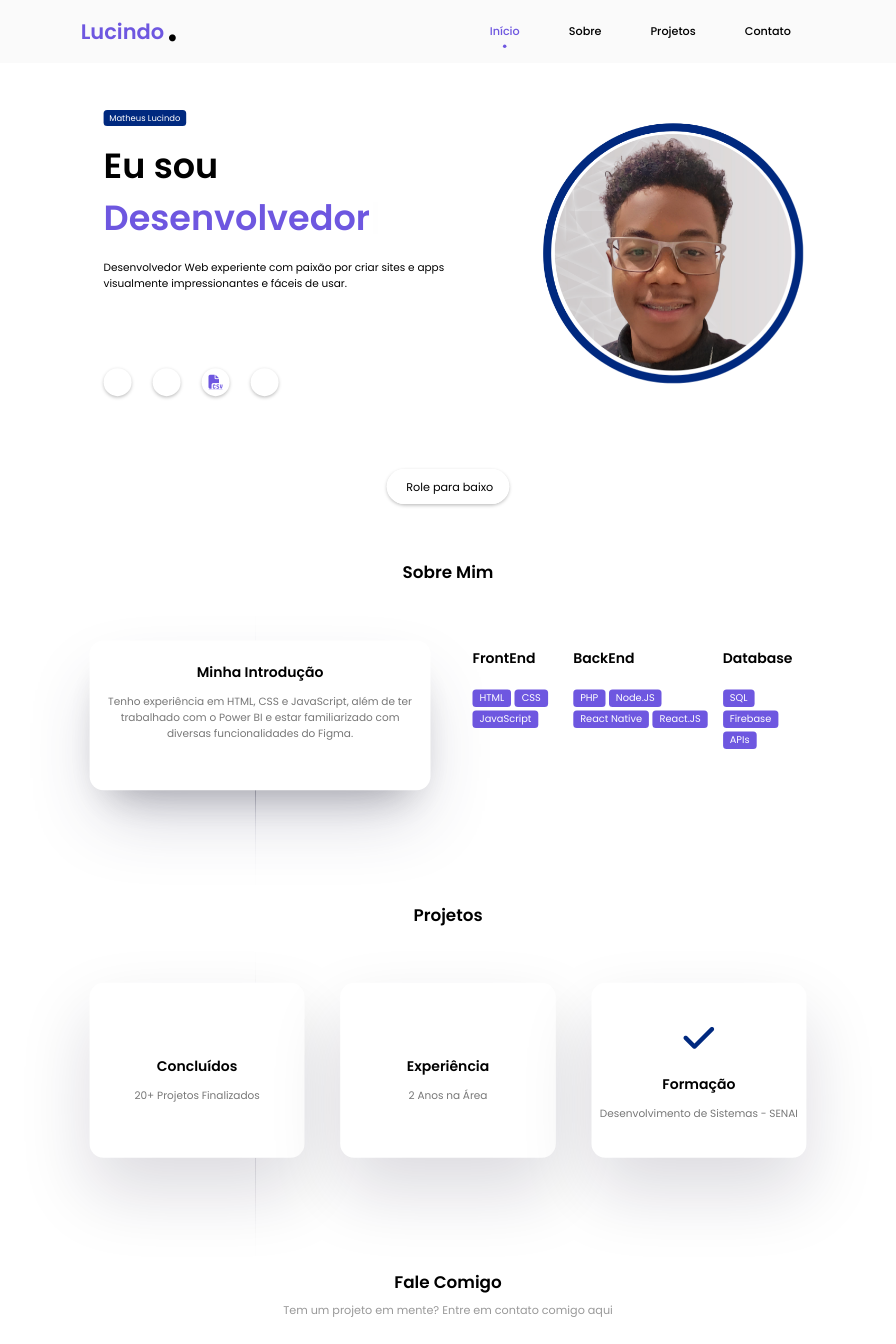
Repository: Matheus904-12/Potif-lioPremium
Page: index.html
An editor plug-in stored every save of this project. The page is shown before and after the next save, followed by the edit.
The browser window is 1280 px wide. The pictures show the part of the page from y = 0 to 1920 px (the page is 2734 px tall), at 70% of full size.
Some icons come from a web library that is not loaded, so they are not drawn. Some web libraries are served in a nearby version.

Above is the page before, as saved 2025-02-02 13:53:10.

### index.html
<!DOCTYPE html>
<html lang="pt-br">

<head>
    <meta charset="UTF-8">
    <meta name="viewport" content="width=device-width, initial-scale=1.0">

    <!-- UNICONS -->
    <link rel="stylesheet" href="https://unicons.iconscout.com/release/v4.0.8/css/line.css">
    <!-- CSS -->
    <link rel="stylesheet" href="/CSS/style.css">
    <!-- Add favicon -->
    <link rel="shortcut icon" href="IMAGE/eu4.png" type="image/x-icon">
    <link rel='stylesheet' href='https://cdn-uicons.flaticon.com/2.6.0/uicons-bold-rounded/css/uicons-bold-rounded.css'>
    <script src="https://kit.fontawesome.com/fd29053194.js" crossorigin="anonymous"></script>

    <title>Portfolio | Matheus Lucindo</title>
</head>

<body>
    <div class="container">
        <!-- --------------- CABEÇALHO --------------- -->
        <nav id="header">
            <div class="nav-logo">
                <p class="nav-name">Lucindo</p>
                <span>.</span>
            </div>
            <div class="nav-menu" id="myNavMenu">
                <ul class="nav_menu_list">
                    <li class="nav_list">
                        <a href="#home" class="nav-link active-link">Início</a>
                        <div class="circle"></div>
                    </li>
                    <li class="nav_list">
                        <a href="#about" class="nav-link">Sobre</a>
                        <div class="circle"></div>
                    </li>
                    <li class="nav_list">
                        <a href="#projects" class="nav-link">Projetos</a>
                        <div class="circle"></div>
                    </li>
                    <li class="nav_list">
                        <a href="#contact" class="nav-link">Contato</a>
                        <div class="circle"></div>
                    </li>
                </ul>
            </div>
            <div class="nav-menu-btn">
                <i class="fi fi-br-bars-staggered" onclick="myMenuFunction()"></i>
            </div>
        </nav>


        <!-- -------------- PRINCIPAL ---------------- -->
        <main class="wrapper">
            <!-- -------------- DESTAQUE ---------------- -->
            <section class="featured-box" id="home">
                <div class="featured-text">
                    <div class="featured-text-card">
                        <span>Matheus Lucindo</span>
                    </div>
                    <div class="featured-name">
                        <p>Eu sou <span class="typedText"></span></p>
                    </div>
                    <div class="featured-text-info">
                        <p>Desenvolvedor Web experiente com paixão por criar sites e apps visualmente
                            impressionantes e fáceis de usar.
                        </p>
                    </div>
                    <div class="social_icons">
                        <a href="https://www.instagram.com/matheus_lucindo/" target="_blank" class="icon"><i
                                class="uil uil-instagram"></i></a>
                        <a href="https://www.linkedin.com/in/matheus-lucindo-b35b68190/" target="_blank" class="icon"><i
                                class="uil uil-linkedin-alt"></i></a>
                        <a href="/PDF/CSV de Matheus Lucindo dos Santos.pdf"
                            download="Currículo de Matheus Lucindo dos Santos.pdf" class="icon"
                            title="Baixar Currículo">
                            <i class="fa-solid fa-file-csv" style="color: #6e57e0;"></i></a>
                        <a href="https://github.com/Matheus904-12" target="_blank" class="icon"><i
                                class="uil uil-github-alt"></i></a>

                    </div>
                </div>
                <div class="featured-image">
                    <div class="image">
                        <img src="/IMAGE/eu.png" alt="avatar">
                    </div>
                </div>
                <div class="scroll-icon-box">
                    <a href="#about" class="scroll-btn">
                        <i class="uil uil-mouse-alt"></i>
                        <p>Role para baixo</p>
                    </a>
                </div>

            </section>
            <!-- -------------- SOBRE ---------------- -->
            <section class="section" id="about">
                <div class="top-header">
                    <h1>Sobre Mim</h1>
                </div>
                <div class="row">
                    <div class="col">
                        <div class="about-info">
                            <h3>Minha Introdução</h3>
                            <p>
                            <p>Tenho experiência em HTML, CSS e JavaScript, além de ter trabalhado com o Power BI e
                                estar familiarizado com diversas funcionalidades do Figma.</p>
                            </p>

                        </div>
                    </div>
                    <div class="col">
                        <div class="skills-box">
                            <div class="skills-header">
                                <h3>FrontEnd</h3>
                            </div>
                            <div class="skills-list">
                                <span>HTML</span>
                                <span>CSS</span>
                                <span>JavaScript</span>
                            </div>
                        </div>
                        <div class="skills-box">
                            <div class="skills-header">
                                <h3>BackEnd</h3>
                            </div>
                            <div class="skills-list">
                                <span>PHP</span>
                                <span>Node.JS</span>
                                <span>React Native</span>
                                <span>React.JS</span>
                            </div>
                        </div>
                        <div class="skills-box">
                            <div class="skills-header">
                                <h3>Database</h3>
                            </div>
                            <div class="skills-list">
                                <span>SQL</span>
                                <span>Firebase</span>
                                <span>APIs</span>
                            </div>
                        </div>
                    </div>
                </div>
            </section>

            <!-- -------------- PROJETOS ---------------- -->

            <section class="section" id="projects">
                <div class="top-header">
                    <h1>Projetos</h1>
                </div>
                <div class="project-container">
                    <div class="project-box">
                        <i class="uil uil-briefcase-alt"></i>
                        <h3>Concluídos</h3>
                        <label>20+ Projetos Finalizados</label>
                    </div>
                    <div class="project-box">
                        <i class="uil uil-award"></i>
                        <h3>Experiência</h3>
                        <label>2 Anos na Área</label>
                    </div>
                    <div class="project-box">
                        <i class="fa-solid fa-check"></i>
                        <h3>Formação</h3>
                        <label>Desenvolvimento de Sistemas - SENAI</label>
                    </div>
                </div>
            </section>

            <!-- -------------- CONTATO ---------------- -->

            <section class="section" id="contact">
                <div class="top-header">
                    <h1>Fale Comigo</h1>
                    <span>Tem um projeto em mente? Entre em contato comigo aqui</span>
                </div>
                <div class="row">
                    <div class="col">
                        <div class="contact-info">
                            <h2>Me Encontre <i class="uil uil-corner-right-down"></i></h2>
                            <p><i class="uil uil-envelope"></i> Email: matheuslucindo904@gmail.com</p>
                            <p><i class="uil uil-phone"></i> +55 11 97166-6817</p>
                        </div>
                    </div>
                    <div class="col">
                        <div class="form-control">
                            <form id="contactForm" action="https://api.web3forms.com/submit" method="POST">
                                <!-- Web3Forms Access Key -->
                                <input type="hidden" name="access_key" value="6fcc2d3d-5e0e-45d1-8796-744e52a1c64b" />
                                <!-- Redirecionamento desabilitado -->
                                <input type="hidden" name="redirect" value="">

                                <div class="form-inputs">
                                    <input type="text" name="name" class="input-field" placeholder="Nome" required />
                                    <input type="email" name="email" class="input-field" placeholder="Email" required />
                                </div>
                                <div class="text-area">
                                    <textarea name="message" placeholder="Mensagem" required></textarea>
                                </div>
                                <div class="form-button">
                                    <button type="submit" class="btn" id="submitButton">
                                        Enviar <i class="uil uil-message"></i>
                                    </button>
                                </div>
                                <p id="responseMessage" class="hidden"></p>
                            </form>
                        </div>
                    </div>
                </div>
            </section>


        </main>


        <!-- --------------- RODAPÉ --------------- -->
        <footer>
            <div class="top-footer">
                <p>Matheus Lucindo.</p>
            </div>
            <div class="middle-footer">
                <ul class="footer-menu">
                    <li class="footer_menu_list">
                        <a href="#home">Início</a>
                    </li>
                    <li class="footer_menu_list">
                        <a href="#about">Sobre</a>
                    </li>
                    <li class="footer_menu_list">
                        <a href="#projects">Projetos</a>
                    </li>
                    <li class="footer_menu_list">
                        <a href="#contact">Contato</a>
                    </li>
                </ul>
            </div>
            <div class="footer-social-icons">
                <div class="icon"><a href="https://www.instagram.com/matheus_lucindo/" target="_blank"><i
                            class="uil uil-instagram"></i></a></div>
                <div class="icon"><a href="https://www.linkedin.com/in/matheus-lucindo-b35b68190/" target="_blank"><i
                            class="uil uil-linkedin-alt"></i></a></div>
                <div class="icon"><a href="/PDF/CSV de Matheus Lucindo dos Santos.pdf"
                        download="Currículo de Matheus Lucindo dos Santos.pdf" title="Baixar Currículo">
                        <i class="fa-solid fa-file-csv" style="color: #493f7c;"></i></a></div>
                <div class="icon"><a href="https://github.com/Matheus904-12" target="_blank"><i
                            class="uil uil-github-alt"></i></a></div>

            </div>
            <div class="bottom-footer">
                <p>Direitos Autorais &copy; <a href="#home" style="text-decoration: none;">Matheus Lucindo</a> - Todos
                    os direitos
                    reservados
                </p>
            </div>
        </footer>

    </div>

    <!-- ----- TYPING JS Link ----- -->
    <script src="https://unpkg.com/typed.js@2.0.16/dist/typed.umd.js"></script>

    <!-- ----- SCROLL REVEAL JS Link ----- -->
    <script src="https://unpkg.com/scrollreveal"></script>

    <!-- ----- JS ----- -->
    <script src="/JS/script.js"></script>
    <script src="/JS/enviar.js"></script>
</body>

</html>

Loaded but not shown: JS/script.js (117 lines, source omitted); JS/enviar.js (39 lines, source omitted); CSS/style.css (839 lines, source omitted)

After the next save:
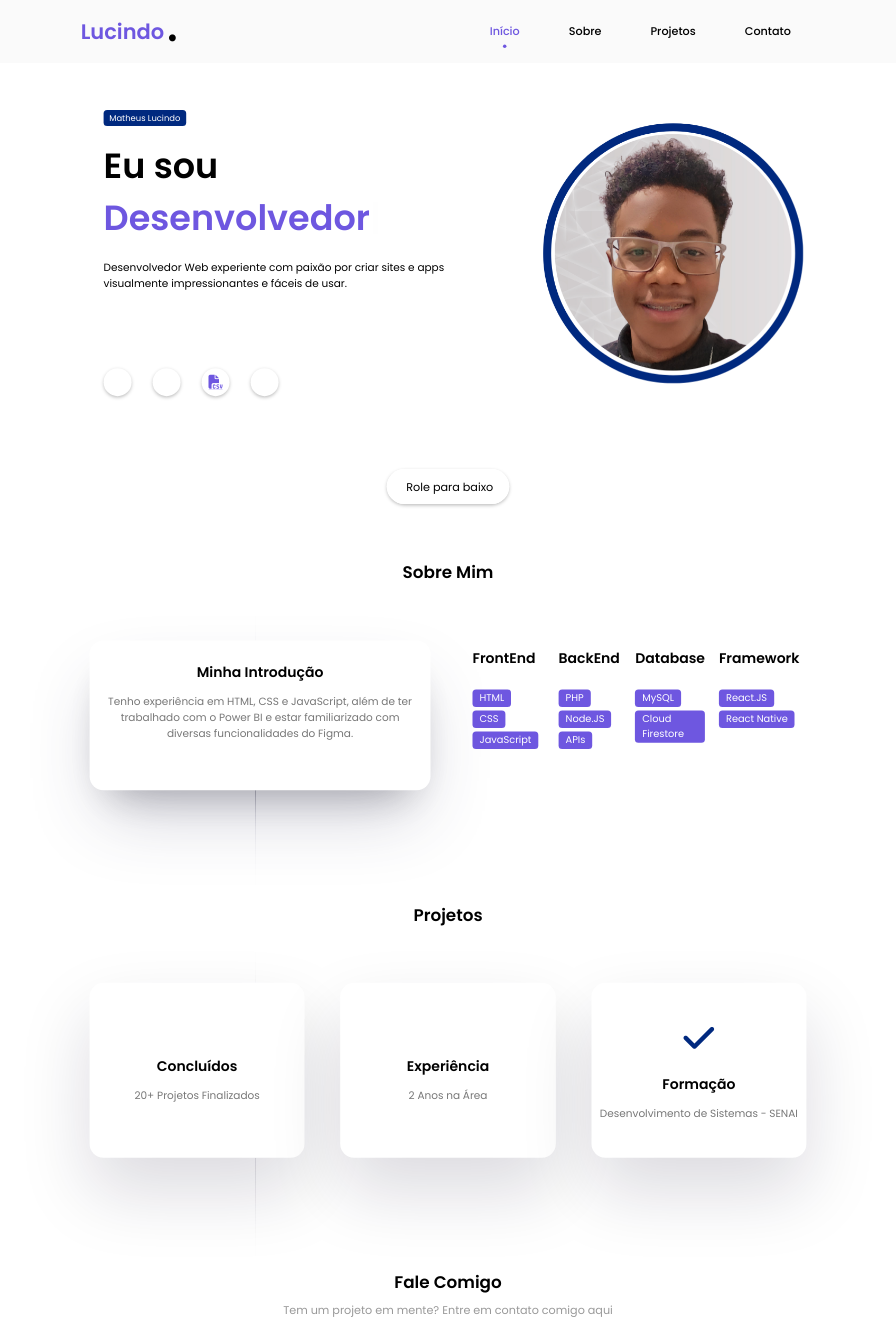
Saved 16 s later.
--- a/index.html
+++ b/index.html
@@ -128,18 +128,25 @@
                             <div class="skills-list">
                                 <span>PHP</span>
                                 <span>Node.JS</span>
+                                <span>APIs</span>
+                            </div>
+                        </div>
+                        <div class="skills-box">
+                            <div class="skills-header">
+                                <h3>Database</h3>
+                            </div>
+                            <div class="skills-list">
+                                <span>MySQL</span>
+                                <span>Cloud Firestore</span>
+                            </div>
+                        </div>
+                        <div class="skills-box">
+                            <div class="skills-header">
+                                <h3>Framework</h3>
+                            </div>
+                            <div class="skills-list">
+                                <span>React.JS</span>
                                 <span>React Native</span>
-                                <span>React.JS</span>
-                            </div>
-                        </div>
-                        <div class="skills-box">
-                            <div class="skills-header">
-                                <h3>Database</h3>
-                            </div>
-                            <div class="skills-list">
-                                <span>SQL</span>
-                                <span>Firebase</span>
-                                <span>APIs</span>
                             </div>
                         </div>
                     </div>
